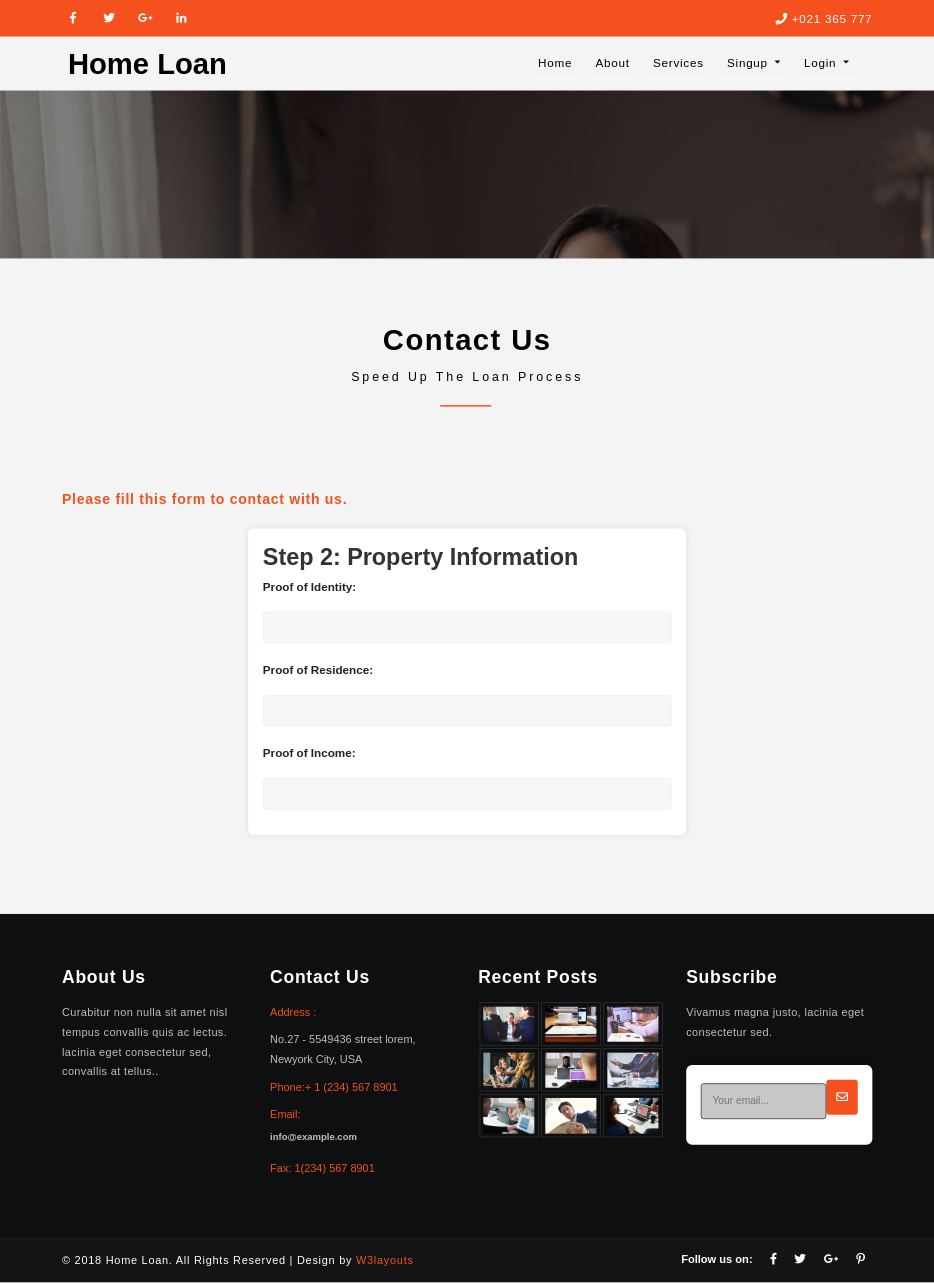
Repository: 72-faisal/Spring-MVC-project
Page: http://localhost/HomeLoan/WEB-INF/views/UserFormForLoanOnline2.jsp
An editor plug-in stored every save of this project. The page is shown before and after the next save, followed by the edit.
The browser window is 1280 px wide. The pictures show the whole page, at 73% of full size.
Some web fonts or font styles are not loaded; a fallback is used. The page is served by Tomcat 9. Nobody is signed in. The template is opened directly, without the code that normally fills it, so the values that code supplies are empty.

Above is the page before, as saved 2023-12-29 11:50:43.

After the next save:
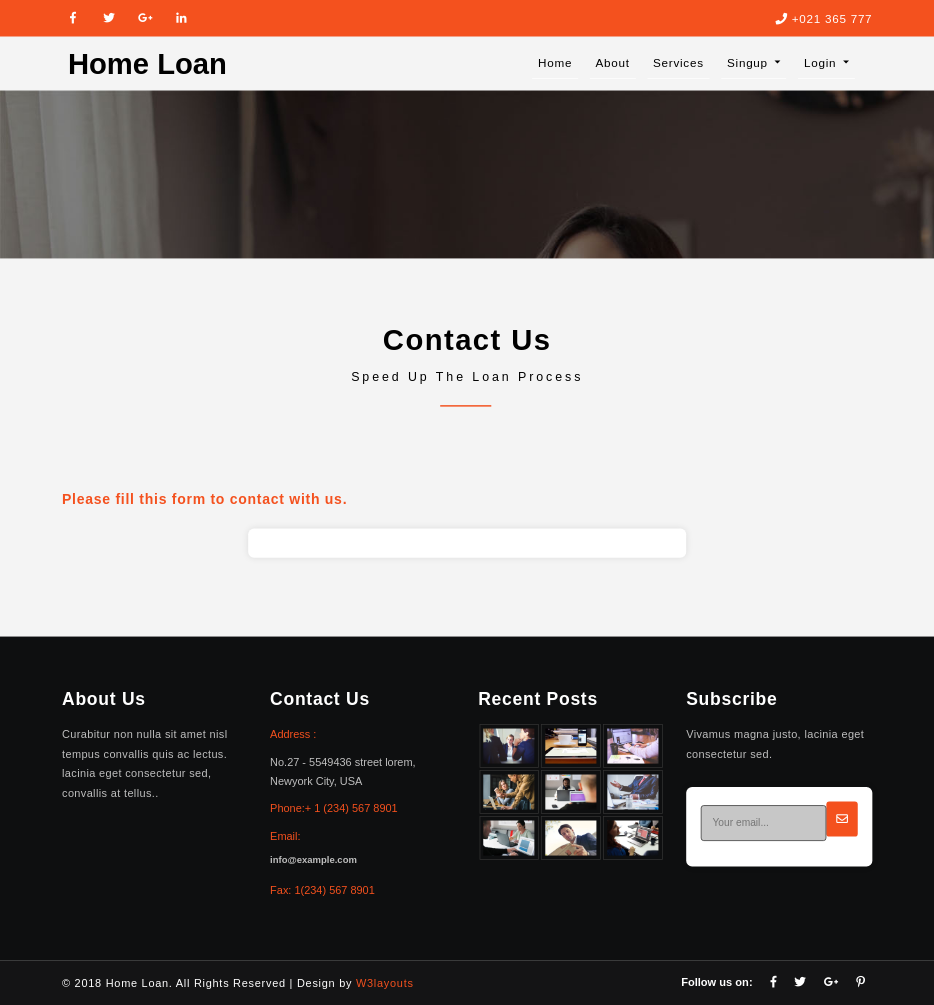
Saved 42 s later.
--- a/HomeLoan/src/main/webapp/WEB-INF/views/UserFormForLoanOnline2.jsp
+++ b/HomeLoan/src/main/webapp/WEB-INF/views/UserFormForLoanOnline2.jsp
@@ -204,13 +204,15 @@ button:hover {
 					<h6>Please fill this form to contact with us.</h6>
 					<form action="UploadDocuments" method="post"
 						enctype="multipart/form-data">
-						<h2>Step 2: Property Information</h2>
-						<label for="poidentity">Proof of Identity:</label> <input
-							type="text" id="poidentity" name="poidentity" required> <label
-							for="poresidence">Proof of Residence:</label> <input type="text"
-							id="poresidence" name="poresidence" required> <label
-							for="poincome">Proof of Income:</label> <input type="text"
-							id="poincome" name="poincome" required>
+						<div id="step2">
+							<h2>Step 2: Property Information</h2>
+							<label for="poidentity">Proof of Identity:</label> <input
+								type="text" id="poidentity" name="poidentity" required>
+							<label for="poresidence">Proof of Residence:</label> <input
+								type="text" id="poresidence" name="poresidence" required>
+							<label for="poincome">Proof of Income:</label> <input type="text"
+								id="poincome" name="poincome" required>
+						</div>
 					</form>
 				</div>
 			</div>
